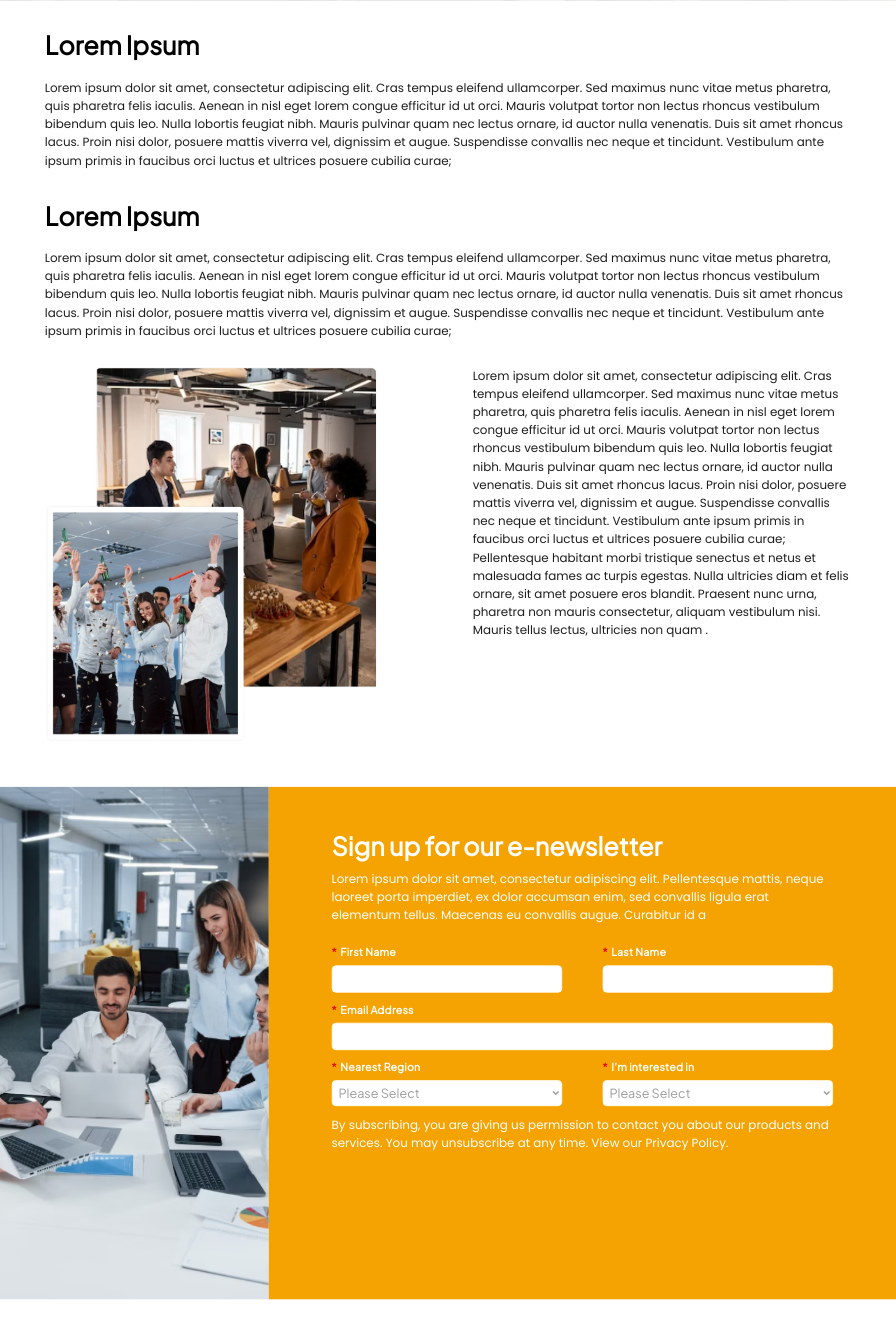
Repository: Akash8377/Hospitality-website
Page: /about-us
These files come from the project's save history. The page is drawn as it stood at one moment and after a run of saves; the edit follows.
The browser window is 1280 px wide. The pictures show the part of the page from y = 683 to 2603 px (the page is 2603 px tall), at 70% of full size.
Some web libraries are served in a nearby version. The project was rebuilt for these pictures with package versions that can differ from the ones it lists, and the page was loaded fresh each time. Also part of the build but not shown: src/Component/Partial/heading-cont.js, src/Component/Shared/about-us.js, src/Component/Shared/Banner.js, src/Component/Shared/popular-jobs.js, src/Component/Sliders/ServiceSlider.js, src/Component/Sliders/ReviewSlider.js, src/Component/Partial/index-banner.js, src/Component/Partial/index-buisness-banner.js and 2 more.

Above is the page before, as saved 2023-07-07 12:16:21.

### public/index.html
<!-- @format -->

<!DOCTYPE html>
<html lang="en">
  <head>
    <meta charset="utf-8" />
    <link rel="icon" href="%PUBLIC_URL%/favicon.ico" />
    <meta name="viewport" content="width=device-width, initial-scale=1" />
    <meta name="theme-color" content="#000000" />
    <meta
      name="description"
      content="Web site created using create-react-app"
    />
    <link rel="apple-touch-icon" href="%PUBLIC_URL%/logo192.png" />
    <link rel="manifest" href="%PUBLIC_URL%/manifest.json" />

    <link rel="preconnect" href="https://fonts.googleapis.com" />
    <link rel="preconnect" href="https://fonts.gstatic.com" crossorigin />
    <link href="https://fonts.googleapis.com/css2?family=Plus+Jakarta+Sans&family=Poppins&display=swap" rel="stylesheet">
    <title>React App</title>
  </head>
  <body>
    <noscript>You need to enable JavaScript to run this app.</noscript>
    <div id="root"></div>
  </body>
  <script src="https://kit.fontawesome.com/b533b351e4.js" crossorigin="anonymous"></script>
</html>

### src/index.css
/** @format */

body {
  margin: 0;
  padding: 0;
  font-family: -apple-system, BlinkMacSystemFont, "Segoe UI", "Roboto", "Oxygen",
    "Ubuntu", "Cantarell", "Fira Sans", "Droid Sans", "Helvetica Neue",
    sans-serif;
  -webkit-font-smoothing: antialiased;
  -moz-osx-font-smoothing: grayscale;
}

code {
  font-family: source-code-pro, Menlo, Monaco, Consolas, "Courier New",
    monospace;
}

### src/Css/Navbar.css
/** @format */

.Navbar {
  display: flex;
  justify-content: space-evenly;
  box-shadow: 0px 10px 30px 0px rgba(0, 0, 0, 0.25);
  background-color: #033c59;
  padding: 20px;
  align-items: center;
}
.Navbar .main {
  width: 15%;
  text-align: center;
}
.Navbar .main a {
  text-decoration: none;
  color: #fff;
  font-size: 20px;
  font-family: Plus Jakarta Sans;
  font-style: normal;
  font-weight: 400;
  line-height: 24px;
  letter-spacing: 1px;
  margin: 0;
}

.Navbar .main img {
  display: block;
  margin: auto;
  max-width: 100%;
}
.Navbar .main div {
  border-radius: 24px;
  border: 1px solid #f3f4f6;
  background: #eee;
  padding: 8px;
  display: flex;
  justify-content: space-between;
  padding-left: 10px;
  padding-right: 10px;
}
.Navbar .main div input {
  border: none;
  background-color: transparent;
  outline: none;
  color: #6b7280;
  font-size: 14px;
  font-family: Plus Jakarta Sans;
  font-style: normal;
  font-weight: 400;
  line-height: normal;
  width: 80%;
}
.Navbar .main button {
  border-radius: 8px;
  background: #f5a302;
  width: 120px;
  padding: 10px;
  color: #fff;
  text-align: center;
  font-size: 16px;
  font-family: Plus Jakarta Sans;
  font-style: normal;
  font-weight: 800;
  line-height: normal;
  outline: none;
  border: 1px solid #f5a302;
}

.Navbar .main a:focus{
    font-weight: 700;
}

### src/Component/Partial/About Us Component/Newsletter.js
/** @format */

import React from "react";

const Newsletter = () => {
  return (
    <div className="About-Us_Newsletter">
      <div className="left">
        <img src="./Image/12.png" alt="" />
      </div>
      <div className="right">
        <div className="content">
          <h5>Sign up for our e-newsletter</h5>
          <p className="desc">
            Lorem ipsum dolor sit amet, consectetur adipiscing elit.
            Pellentesque mattis, neque laoreet porta imperdiet, ex dolor
            accumsan enim, sed convallis ligula erat elementum tellus. Maecenas
            eu convallis augue. Curabitur id a
          </p>

          <form>
            <div className="Two_Inputs">
              <div>
                <label>
                  <span>*</span>First Name
                </label>
                <input type="text" />
              </div>
              <div>
                <label>
                  <span>*</span>Last Name
                </label>
                <input type="text" />
              </div>
            </div>
            <div className="Single_Input">
              <div>
                <label>
                  <span>*</span>Email Address
                </label>
                <input type="email" />
              </div>
            </div>
            <div className="Two_Inputs">
              <div>
                <label>
                  <span>*</span>Nearest Region
                </label>
                <select>
                  <option>Please Select</option>
                </select>
              </div>
              <div>
                <label>
                  <span>*</span>I’m interested in
                </label>
                <select>
                  <option>Please Select</option>
                </select>
              </div>
            </div>
          </form>

          <p className="desc">
          By subscribing, you are giving us permission to contact you about our products and services. You may unsubscribe at any time. View our Privacy Policy.
          </p>
        </div>
      </div>
    </div>
  );
};

export default Newsletter;

Loaded but not shown: src/index.js (common file); src/Component/Partial/About Us Component/two-section.js (33 lines, source omitted); src/Component/Partial/About Us Component/Banner.js (18 lines, source omitted); src/Component/Navbar/Navbar.js (45 lines, source omitted); src/Component/Partial/About Us Component/content-description.js (12 lines, source omitted); src/Pages/AboutUs.js (23 lines, source omitted); src/App.js (24 lines, source omitted); src/Css/Lap.css (893 lines, source omitted)

After the next 5 saves:
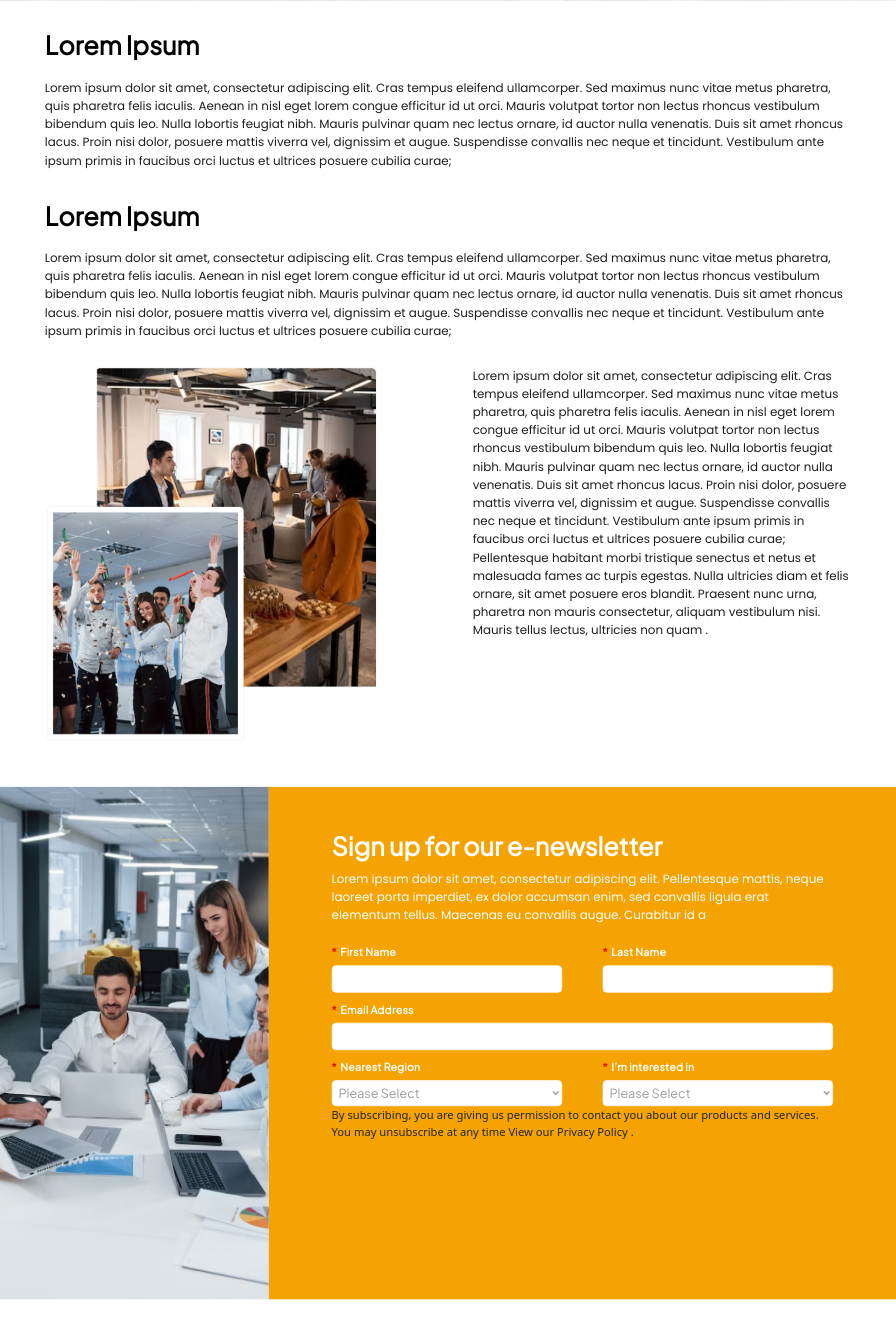
The 5 saves are shown as one change because they came seconds apart.
The last was saved 17 s later.
--- a/src/Component/Partial/About Us Component/Newsletter.js
+++ b/src/Component/Partial/About Us Component/Newsletter.js
@@ -61,8 +61,8 @@ const Newsletter = () => {
             </div>
           </form>
 
-          <p className="desc">
-          By subscribing, you are giving us permission to contact you about our products and services. You may unsubscribe at any time. View our Privacy Policy.
+          <p className="Policy">
+          By subscribing, you are giving us permission to contact you about our products and services. You may unsubscribe at any time <span>View our Privacy Policy</span> .
           </p>
         </div>
       </div>
